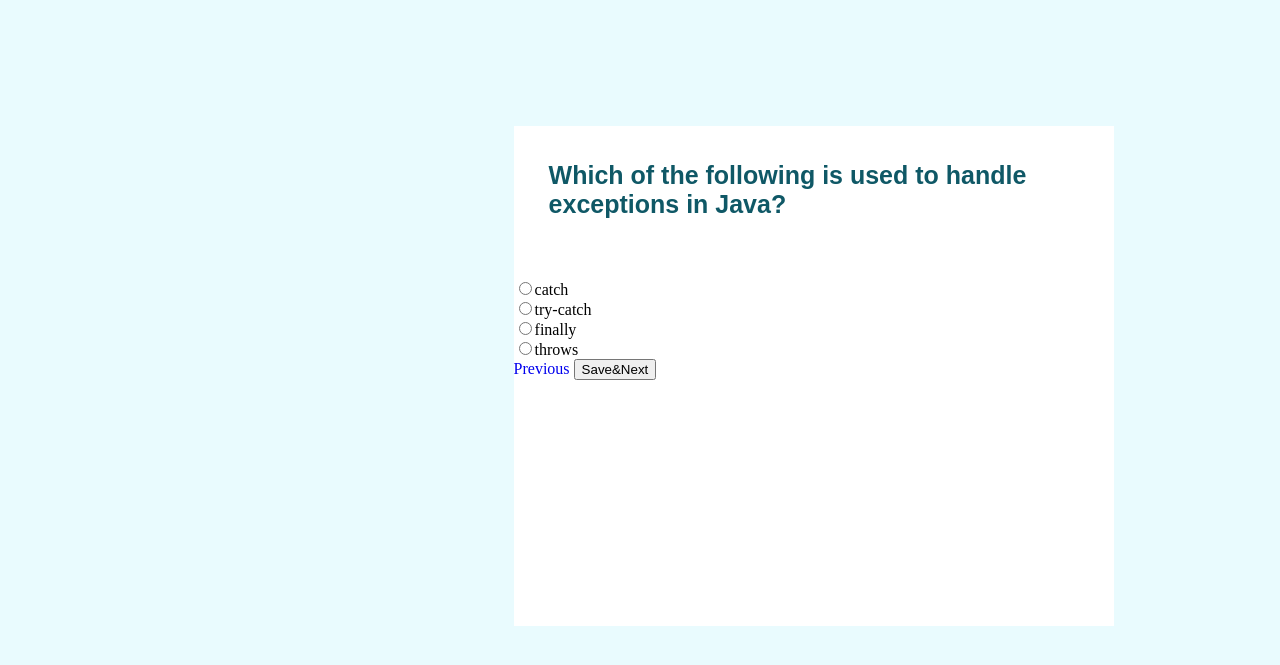
Repository: Rupali-8062Chourasiya5279/Internship_Task_Rupali
Page: Programming Language/quiz/QuizApp/src/main/webapp/First.html
The author's editor kept a copy of each file at every save. The page is drawn from the files as they stood at one save, then again after the next save.
The browser window is 1280 px wide. The pictures show the whole page.

Above is the page before, as saved 2025-01-24 13:37:03.

### Programming Language/quiz/QuizApp/src/main/webapp/First.html
<!DOCTYPE html>
<html>
<head>
<meta charset="UTF-8">
<title>Que1</title>
<style>
body
{
background-color: #7ce0f4;
}
#div1
{
background-color: white;
height :500px ;
width : 600px;
margin-left: 40%;
margin-top: 10%;
}
 h3
 {
 padding:35px;
 font: bold;
 color: #0f5866;
 font-family: sans-serif;
 font-size: 25px;
 }
 a{
 text-decoration: none;
 }
 body
 {
 background-color: #e9fbfe;
 }
</style>
</head>
<body>
	<form action="First">
	<div id="div1">
	<h3>Which of the following is used to handle exceptions in Java?</h3>
	<input type="radio" name="q1" value="catch">catch</input><br>
	<input type="radio" name="q1" value="try-catch">try-catch</input><br>
	<input type="radio" name="q1" value="finally">finally</input><br>
	<input type="radio" name="q1" value="throws">throws</input><br>
	<a href="rules.html">Previous</a>
	<input type="submit" value="Save&Next">
	</div>
	</form>
</body>
</html>

After the next save:
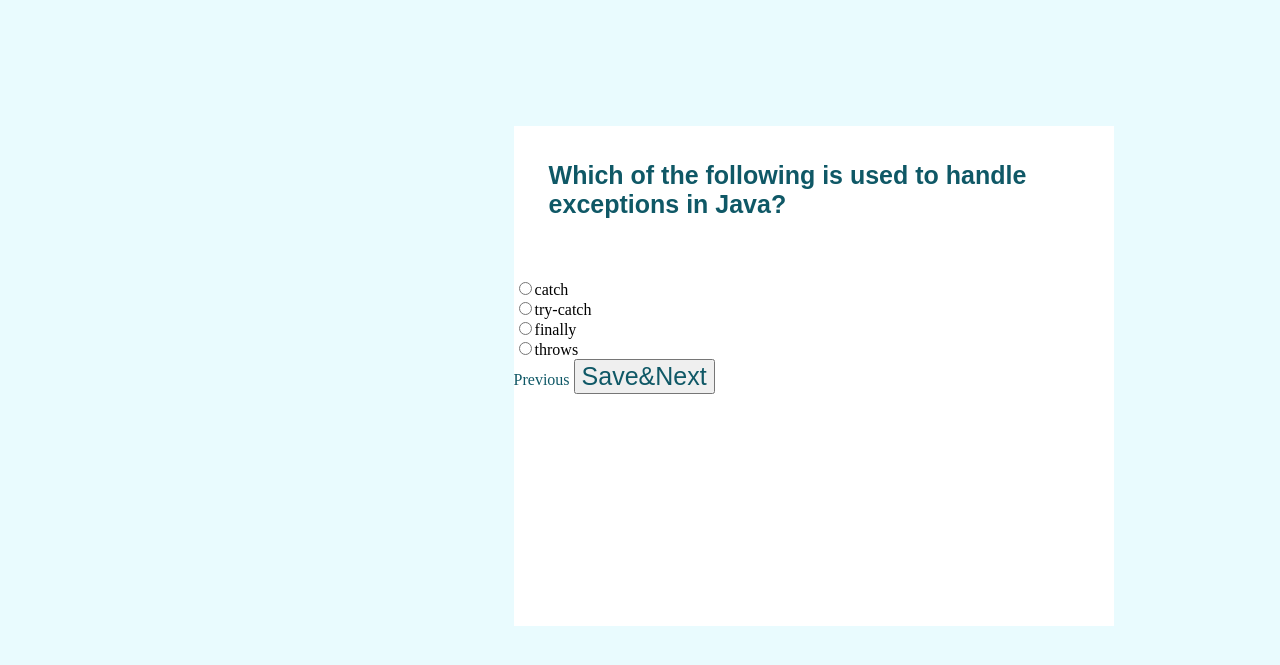
Saved 58 s later.
--- a/Programming Language/quiz/QuizApp/src/main/webapp/First.html
+++ b/Programming Language/quiz/QuizApp/src/main/webapp/First.html
@@ -26,6 +26,14 @@ margin-top: 10%;
  }
  a{
  text-decoration: none;
+ color: #0f5866;
+ }
+ input
+ {
+  font: bold;
+ color: #0f5866;
+ font-family: sans-serif;
+ font-size: 25px;
  }
  body
  {
